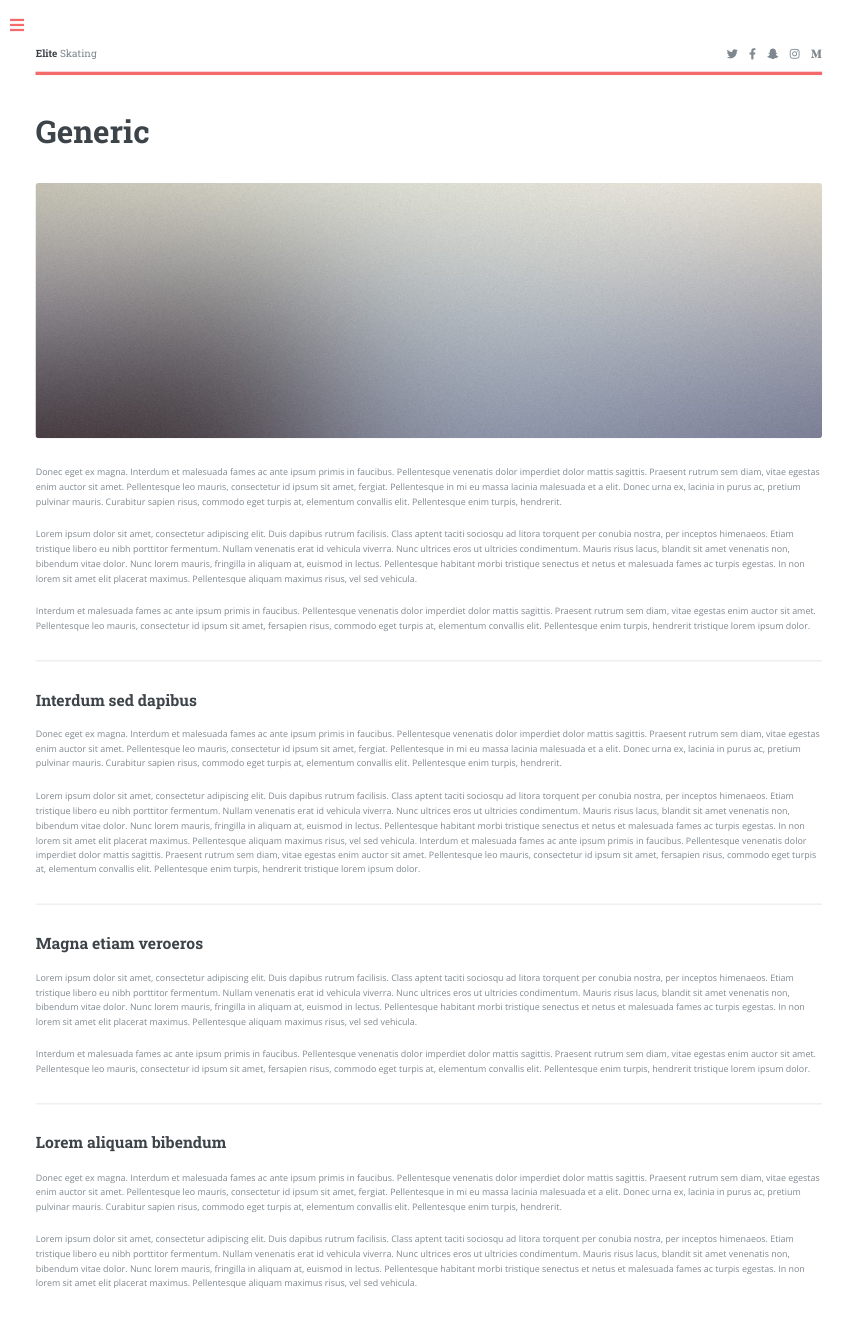
Repository: rachel648/New_Elite
Page: generic.html
The author's editor kept a copy of each file at every save. The page is drawn from the files as they stood at one save, then again after the next save.
The browser window is 1280 px wide. The pictures show the whole page, at 67% of full size.

Above is the page before, as saved 2024-10-14 11:35:47.

After the next save:
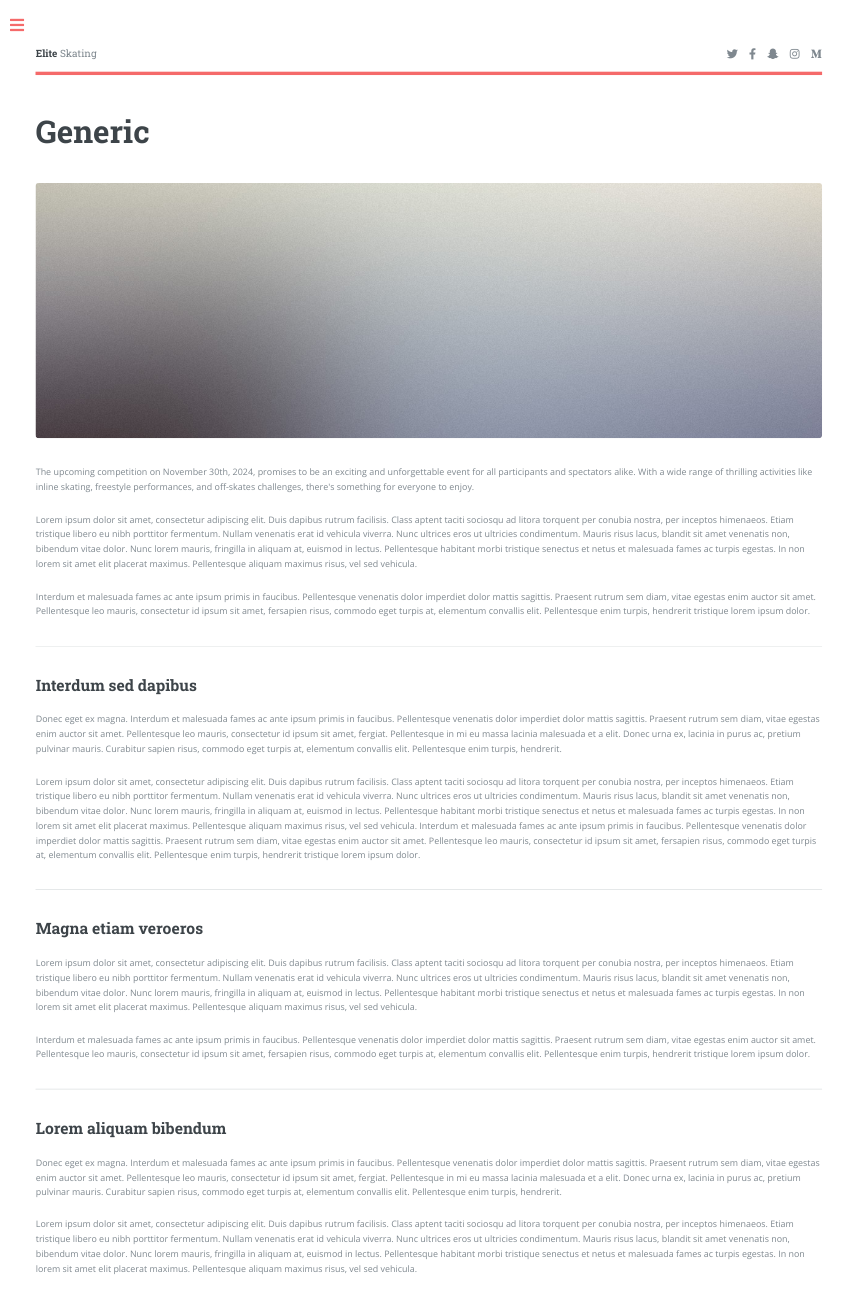
Saved 4 min 45 s later.
--- a/generic.html
+++ b/generic.html
@@ -40,7 +40,7 @@
 
 									<span class="image main"><img src="images/pic11.jpg" alt="" /></span>
 
-									<p>Donec eget ex magna. Interdum et malesuada fames ac ante ipsum primis in faucibus. Pellentesque venenatis dolor imperdiet dolor mattis sagittis. Praesent rutrum sem diam, vitae egestas enim auctor sit amet. Pellentesque leo mauris, consectetur id ipsum sit amet, fergiat. Pellentesque in mi eu massa lacinia malesuada et a elit. Donec urna ex, lacinia in purus ac, pretium pulvinar mauris. Curabitur sapien risus, commodo eget turpis at, elementum convallis elit. Pellentesque enim turpis, hendrerit.</p>
+									<p>The upcoming competition on November 30th, 2024, promises to be an exciting and unforgettable event for all participants and spectators alike. With a wide range of thrilling activities like inline skating, freestyle performances, and off-skates challenges, there's something for everyone to enjoy.</p>
 									<p>Lorem ipsum dolor sit amet, consectetur adipiscing elit. Duis dapibus rutrum facilisis. Class aptent taciti sociosqu ad litora torquent per conubia nostra, per inceptos himenaeos. Etiam tristique libero eu nibh porttitor fermentum. Nullam venenatis erat id vehicula viverra. Nunc ultrices eros ut ultricies condimentum. Mauris risus lacus, blandit sit amet venenatis non, bibendum vitae dolor. Nunc lorem mauris, fringilla in aliquam at, euismod in lectus. Pellentesque habitant morbi tristique senectus et netus et malesuada fames ac turpis egestas. In non lorem sit amet elit placerat maximus. Pellentesque aliquam maximus risus, vel sed vehicula.</p>
 									<p>Interdum et malesuada fames ac ante ipsum primis in faucibus. Pellentesque venenatis dolor imperdiet dolor mattis sagittis. Praesent rutrum sem diam, vitae egestas enim auctor sit amet. Pellentesque leo mauris, consectetur id ipsum sit amet, fersapien risus, commodo eget turpis at, elementum convallis elit. Pellentesque enim turpis, hendrerit tristique lorem ipsum dolor.</p>
 
